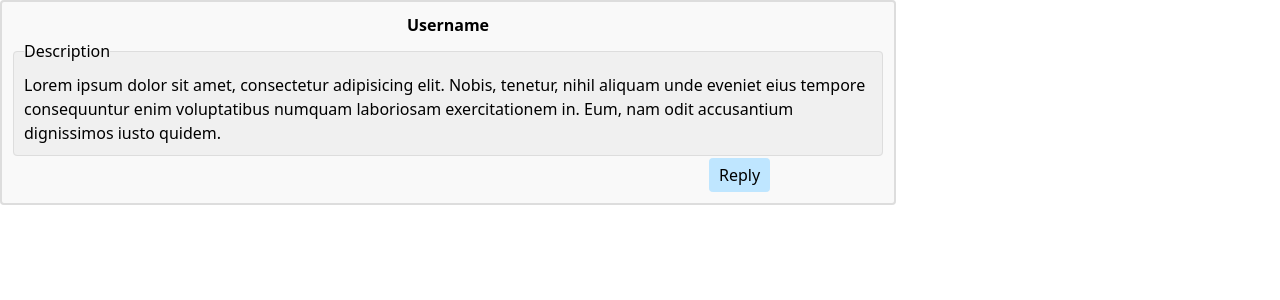
Repository: Yahya9102/Java22-ux22-Sideproject-main
Page: /
The author's editor kept a copy of each file at every save. The page is drawn from the files as they stood at one save, then again after the next save.
The browser window is 1280 px wide. The pictures show the whole page.
The project was rebuilt for these pictures with package versions that can differ from the ones it lists, and the page was loaded fresh each time. The framework's server and built-in components were replaced by stand-ins that run in the browser. Also part of the build but not shown: next.config.js.

Above is the page before, as saved 2023-04-13 10:23:21.

After the next save:
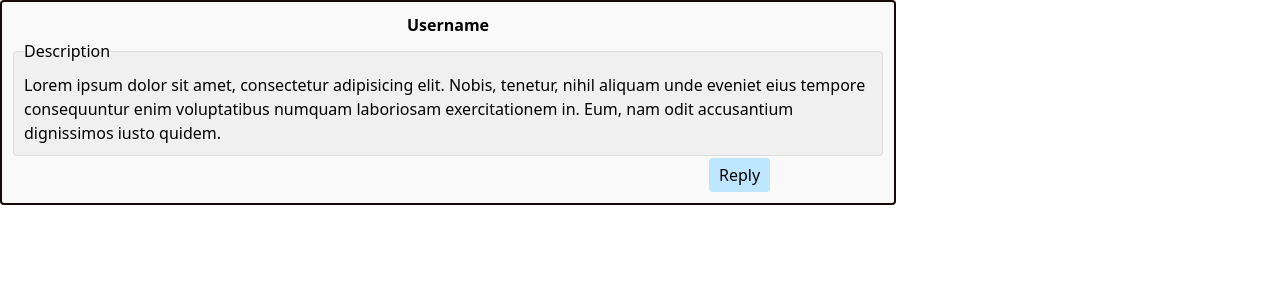
Saved 4 s later.
--- a/p-components/styles/body.module.css
+++ b/p-components/styles/body.module.css
@@ -1,7 +1,7 @@
 /* Add a background color and border to the fieldset */
 .fieldset_body {
   background-color: #f9f9f9;
-  border: 2px solid #ddd;
+  border: 2px solid rgb(23, 9, 9);
   border-radius: 4px;
   padding: 10px;
   width: 70%;
